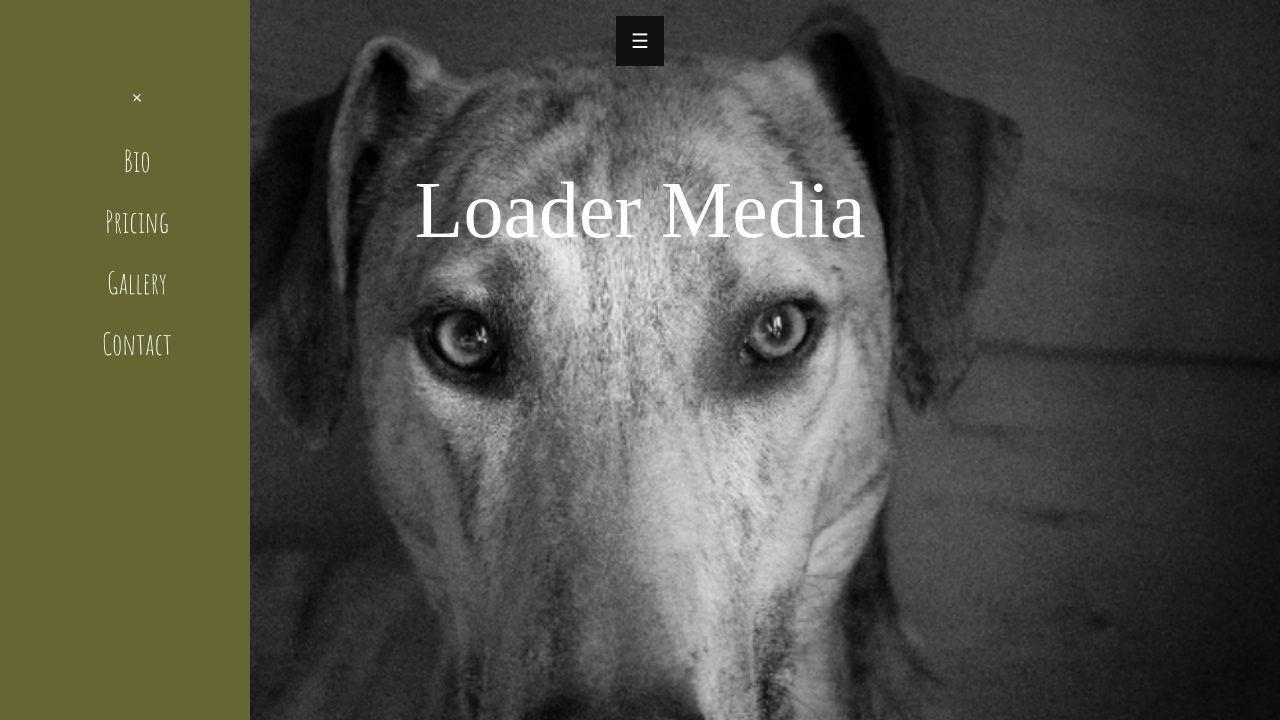
Repository: elizabeth24602/LoaderMedia
Page: index.html
The author's editor kept a record of every edit. The page is drawn from the files as they stood at one moment, then again after the next edit.
The browser window is 1280 px wide. The pictures show the whole page.
After loading, the first visible `button.openbtn` was clicked once.
Some web fonts or font styles are not loaded; a fallback is used.

Above is the page before.
Console error: TypeError: Cannot read properties of null (reading 'textContent')
Not found: Assests/images/

### index.html
<!DOCTYPE html>
<html lang="en">
<head>
    <meta charset="UTF-8">
    <meta name="viewport" content="width=device-width, initial-scale=1.0">
    <meta http-equiv="X-UA-Compatible" content="ie=edge">

    <link rel="stylesheet" href="static/css/bootstrap.min.css" type="text/css" />
    <link rel="stylesheet" href="static/css/dc.min.css" type="text/css" />



    <link rel="stylesheet" href="https://stackpath.bootstrapcdn.com/bootstrap/4.3.1/css/bootstrap.min.css" type="text/css" />
    <link rel="stylesheet" href="https://stackpath.bootstrapcdn.com/font-awesome/4.7.0/css/font-awesome.min.css" type="text/css" />
    <link href="https://fonts.googleapis.com/css?family=Lacquer&display=swap" rel="stylesheet">
    <link href="https://fonts.googleapis.com/css?family=Beth+Ellen&display=swap" rel="stylesheet">
    <link rel="stylesheet" href="https://cdnjs.cloudflare.com/ajax/libs/hover.css/2.3.1/css/hover-min.css" type="text/css" />
    <link rel="stylesheet" href="Assests/images/" type="text/css" />
    <link rel="stylesheet" href="Assests/css/style.css" type="text/css" />

    <title>Loader Media</title>

     <script type="text/javascript" src="static/js/d3.min.js"></script>
    <script type="text/javascript" src="static/js/crossfilter.min.js"></script>
    <script type="text/javascript" src="static/js/dc.min.js"></script>
    <script type="text/javascript" src="static/js/queue.min.js"></script>
    <script type="text/javascript" src="static/js/graph.js"></script>

</head>
<body class="index">

     <header class="container-fluid">

            <div id="mySidebar" class="sidebar">
  <a href="javascript:void(0)" class="closebtn" onclick="closeNav()">×</a>
  <a href="bio.html">Bio</a>
  <a href="pricing.html">Pricing</a>
  <a href="gallery.html">Gallery</a>
  <a href="contact.html">Contact</a>
</div>

<div id="main">
  <button class="openbtn" onclick="openNav()">☰ </button>
</div>

<script>
function openNav() {
  document.getElementById("mySidebar").style.width = "250px";
  document.getElementById("main").style.marginright = "250px";
}

function closeNav() {
  document.getElementById("mySidebar").style.width = "0";
  document.getElementById("main").style.marginleft= "0";
}
</script>

    </header>

    <section>
        <div class="row no-gutters">
            <div class="col">

            </div>
            <div class="col-sm-12">
                <h1 class="name">Loader Media</h1>
            </div>
            <div class="col">

            </div>
        </div>
    </section>
    <footer class="bottom">

    </footer>

</body>
</html>

### Assests/css/style.css
@import url('https://fonts.googleapis.com/css?family=Lacquer:100,200,300,400,500,600,700|Beth+Ellen:100,200,300,400,500,600,700|Pacifico:100,200,300,400,500,600,700|Amatic+SC:100,200,300,400,500,600,700');

/*-------------------------------Website Name */

.name {
    font-family: "Beth+Ellen";
     font-weight: 100;
    font-size: 80px;
    margin-top: 70px;
    text-align: center;
    color: #ffffff;
}

.name3 {
    font-family: "Amatic SC";
     font-weight: 60;
    font-size: 50px;
    margin-top: 70px;
    text-align: center;
    color: #595959;
}

/*-------------------------------Background */

body {
  background-color: #dbceb0;
}

/*-------------------------------Social */

.social-links {
    padding-top: 15px;
    padding-bottom: 15px;
}

.social-links li a i {
    width: 30px;
    height: 30px;
    padding: 12px 0;
    border-radius: 20%;
    font-size: 25px;
    line-height: 7px;
    text-align: center;
    color: #8ca3a3;
    background: #dbceb0;
    transition: all 0.35s ease-in-out;
    -moz-transition: all 0.35s ease-in-out;
    -webkit-transition: all 0.35s ease-in-out;
    -o-transition: all 0.35s ease-in-out;
}

/*-------------------------------menu */


.list-inline-item:not(:last-child) {
    margin: 0;
}

.menucontainer {
    font-size: 0;
    margin: auto;
    width: 60%;
    padding: 10px;
}

#nav li {
    font-size: 20px;
    font-family: 'Beth+Ellen';
    padding: 0;
}

.menuitem {
    text-align: center;
    padding: 0;
}

.body {
    text-align: center;
}


.menuitem2 a {
    width: 100%;
    text-decoration: none;
    color: #ffffff;
}

.menuitem a {
    width: 100%;
    text-decoration: none;
    color: #808080;
}

.hvr-underline-from-center:before {
    background-color: #ffffff;
    color: #d3d3d3;
}


.a:hover {
    text-decoration: none;
}

/*-------------------------------Footer */


.bottom {
    background-color: #666633;
    color: #ffffff;
    left: 0;
    bottom: 0;
    width: 100%;
    text-align: center;
}


.address {
    color: #ffffff;
    text-align: center;
    font-family: "Beth+Ellen";
    padding-top: 20px;
    font-size: 20px;
}
.email {
    color: #ffffff;
    text-align: center;
    font-family: "Beth+Ellen";
    padding: 10px;
    font-size: 20px;
}

.social-links2 {
    padding-top: 15px;
    padding-bottom: 15px;
    text-align: center;
}

.social-links2 li a i {
    width: 30px;
    height: 30px;
    padding: 12px 0;
    border-radius: 20%;
    font-size: 25px;
    line-height: 7px;
    text-align: center;
    color: #ffffff;
    transition: all 0.35s ease-in-out;
    -moz-transition: all 0.35s ease-in-out;
    -webkit-transition: all 0.35s ease-in-out;
    -o-transition: all 0.35s ease-in-out;
}

/*-------------------------------Home */

.index {
  background-image: url("../images/bryn.jpg");
  background-color: #fff5ee;
  height: 500px;
  background-position: cover;
  background-repeat: no-repeat;
  background-size: cover;
  text-align: center;
  background-attachment: scroll;
  min-height: 100%;
  min-width: 1024px;

  /* Set up proportionate scaling */
  width: 100%;
  height: auto;

  /* Set up positioning */
  position: fixed;
  top: 0;
  left: 0;
}

body {
  font-family: "Beth+Ellen", sans-serif;
}

.sidebar {
  height: 100%;
  width: 0;
  position: fixed;
  z-index: 1;
  top: 0;
  left: 0;
  background-color: #666633;
  overflow-x: hidden;
  transition: 0.5s;
  padding-top: 60px;
}

.sidebar a {
  padding: 8px 8px 8px 32px;
  text-decoration: none;
  font-size: 30px;
  font-family: "Amatic SC";
  color: #ffffff;
  display: block;
  transition: 0.3s;
}

.sidebar a:hover {
  color: #f1f1f1;
}

.sidebar .closebtn {
  position: relative;
  top: 0;
  right: 25px;
  font-size: 36px;
  margin-left: 50px;
}

.openbtn {
  font-size: 20px;
  cursor: pointer;
  background-color: #111;
  color: white;
  padding: 10px 15px;
  border: none;
}

.openbtn:hover {
  background-color: #444;
}

#main {
  transition: margin-left .5s;
  padding: 16px;
}

/* On smaller screens, where height is less than 450px, change the style of the sidenav (less padding and a smaller font size) */
@media screen and (max-height: 450px) {
  .sidebar {padding-top: 15px;}
  .sidebar a {font-size: 18px;}
}


/*-------------------------------Bio */

.silhouette {
  display: block;
  margin-left: auto;
  margin-right: auto;
  width: 80%;
  margin-top: 20px;
  margin-bottom: 20px;
}

.bio {
  font-family: "Beth+Ellen";
  text-align: center;
  margin-bottom: 20px;
}

.camera2 {
  display: block;
  margin-left: 10px;
  margin-right: 10px;
  width: 100%;
  margin-top: 20px;
  margin-bottom: 20px;
}

* {
  box-sizing: border-box;
}

.portfolio {
  font-family: "Beth+Ellen"
}

.main {
  max-width: 1000px;
  margin: auto;
}

.row {
  margin: 10px -16px;
}

.row,
.row > .column {
  padding: 8px;
}

.column {
  float: left;
  width: 33.33%;
}

.row:after {
  content: "";
  display: table;
  clear: both;
}

.content {
  background-color: #dbceb0;
  padding: 10px;
  font-family: "Beth+Ellen";
  text-align: center;
}

.show {
  display: block;
}

.btn {
  border: none;
  outline: none;
  padding: 12px 16px;
  background-color: #666633;
  color: #ffffff;
  font-family: "Beth+Ellen";
  cursor: pointer;
}

.btn:hover {
  background-color: #ddd;
}

.btn.active {
  background-color: #fff5ee;
  color: #808080;
}

/*-----------------------------Photos (Used W3 Schools to help with code, made my own modifications and altered coding)*/

.accordion {
  background-color: #666633;
  color: #ffffff;
  font-family: "Beth+Ellen";
  text-align: center;
  cursor: pointer;
  padding: 18px;
  margin: 20px;
  width: 100%;
  border: none;
  outline: none;
  font-size: 30px;
  transition: 0.4s;
}

.active, .accordion:hover {
  background-color: #fff5ee;
   color: #808080;
}

.panel {
  padding: 0 18px;
  display: none;
  background-color: #dbceb0;
  overflow: hidden;
  font-family: "Beth+Ellen";
  color: #808080;
  text-align: left;
  width: 50%
  font-size: 20px;
}

.row > .column {
  padding: 0 8px;
}

.row:after {
  content: "";
  display: table;
  clear: both;
}

.column {
  float: left;
  width: 25%;
}

.modal {
  display: none;
  position: fixed;
  z-index: 1;
  padding-top: 100px;
  left: 0;
  top: 0;
  width: 100%;
  height: 100%;
  overflow: auto;
  background-color: #666633;
}

.modal-content {
  position: relative;
  background-color: #fff5ee;
  margin: auto;
  padding: 0;
  width: 90%;
  max-width: 1200px;
}

.close {
  color: white;
  position: absolute;
  top: 10px;
  right: 25px;
  font-size: 35px;
  font-weight: bold;
}

.close:hover,
.close:focus {
  color: #999;
  text-decoration: none;
  cursor: pointer;
}

.mySlides {
  display: none;
}

.prev,
.next {
  cursor: pointer;
  position: absolute;
  top: 50%;
  width: auto;
  padding: 16px;
  margin-top: -50px;
  color: white;
  font-weight: bold;
  font-size: 20px;
  transition: 0.6s ease;
  border-radius: 0 3px 3px 0;
  user-select: none;
  -webkit-user-select: none;
}

.next {
  right: 0;
  border-radius: 3px 0 0 3px;
}

.prev:hover,
.next:hover {
  background-color: #fff5ee;
}

.numbertext {
  color: #000000;
  font-size: 12px;
  padding: 8px 12px;
  position: absolute;
  top: 0;
}

.caption-container {
  text-align: center;
  font-family: "Beth+Ellen"
  padding: 2px 16px;
  color: #808080;
}

img.demo {
  opacity: 0.6;
}

.active,
.demo:hover {
  opacity: 1;
}

img.hover-shadow {
  transition: 0.3s;
}

.hover-shadow:hover {
  box-shadow: 0 4px 8px 0 rgba(0, 0, 0, 0.2), 0 6px 20px 0 rgba(0, 0, 0, 0.19);
}


/*-------------------------------Pricing */
.dropbtn {
  background-color: #666633;
  color: white;
  font-family: "Pacifico";
  padding: 16px;
  margin-top: 20%;
  margin-left: 50%;
  margin-right: 50%;
  margin-bottom: 10px;
  font-size: 20px;
  border: none;
  cursor: pointer;
}

.dropbtn:hover, .dropbtn:focus {
  background-color: #fff5ee;
  color: #808080;
}

.dropdown {
  position: center;
  display: inline-block;
}

.dropdown-content {
  display: none;
  position: center;
  margin-right: 50%;
  margin-left: 50%;
  margin-top: 10px;
  margin-bottom: 10px;
  background-color: #fff5ee;
  min-width: 160px;
  overflow: auto;
  box-shadow: 0px 8px 16px 0px rgba(0,0,0,0.2);
  z-index: 1;
}

.dropdown-content a {
  color: #808090;
  font-family: "Pacifico";
  text-align: center;
  padding: 12px 16px;
  text-decoration: none;
  display: block;
}

.dropdown a:hover {background-color: #666633;}

.show {display: block;}

/*-------------------------------Cars, Landscape, Anoimals */
.canvas {
  color: #808080;
  font-family: "Beth+Ellen";
  text-align: center;
  margin-bottom: 20px;
  margin-top: 40px;
}
.card {
  box-shadow: 0 4px 8px 0 rgba(0, 0, 0, 0.2);
  max-width: 300px;
  margin: auto;
  text-align: center;
  font-family: "Beth+Ellen";
  color: #808080;
  background-color: #fff5ee;
}

.price {
  color: grey;
  font-size: 22px;
}

.card button {
  border: none;
  outline: 0;
  padding: 12px;
  color: #fff5ee;
  background-color: #666633;
  text-align: center;
  cursor: pointer;
  width: 100%;
  font-size: 18px;
}

.card button:hover {
  opacity: 0.7;
}

/*-------------------------------Gallery */
.row {
  display: flex;
  flex-wrap: wrap;
  padding: 0 4px;
}

/* Create four equal columns that sits next to each other */
.column {
  flex: 25%;
  max-width: 25%;
  padding: 0 4px;
}

.column img {
  margin-top: 20px;
  margin-bottom: 10px;
  margin-left: 10px;
  margin-right: 10px;
  vertical-align: middle;
  width: 100%;
}

/* Responsive layout - makes a two column-layout instead of four columns */
@media screen and (max-width: 800px) {
  .column {
    flex: 50%;
    max-width: 50%;
  }
}

/* Responsive layout - makes the two columns stack on top of each other instead of next to each other */
@media screen and (max-width: 600px) {
  .column {
    flex: 100%;
    max-width: 100%;
  }
}
/*-------------------------------contact */

.contact-heading {
    font-family: "Beth+Ellen";
    text-align: center;
    font-weight: 100;
    margin-top: 25px;
    margin-bottom: 20px;
    color: #808080;
}

.text-center {
    font-family: "pacifico";
    text-align: center;
    font-weight: 100;
    margin-top: 25px;
    margin-bottom: 20px;
    color: #808080;
}


.center-form {
    padding-top: 10px;
    margin: 0 auto;
    max-width: 70%;
    font-family: "Beth+Ellen";
}

button[type="submit"] {
    margin-top: 15px;
    margin-bottom: 20px;
    background-color: #666633;
    color: #fafafa;
    font-family: "Beth+Ellen";
}

.chat {
   font-family: "Beth+Ellen";
    font-weight: 100;
    margin-top: 180px;
    margin-bottom: 20px;
    text-align: center;
    color: #595959;
}

.number {
     font-family: "pacifico";
    font-weight: 100;
    margin-top: 125px;
    margin-bottom: 20px;
    text-align: center;
    color: #808080;
}

.laptop {
    display: block;
  margin-left: auto;
  margin-right: auto;
  margin-top: 20px;
  width: 90%;
}

.phone {
  display: block;
  margin-left: auto;
  margin-right: auto;
  margin-top: 20px;
  margin-bottom: 20px;
  width: 90%;
  border-radius: 8px;
}

### static/js/graph.js
queue()
    .defer(d3.csv, "data/Salaries.csv")
    .await(makeGraphs);

function makeGraphs(error, salaryData) {
    var ndx = crossfilter(salaryData);

    salaryData.forEach(function(d){
        d.salary = parseInt(d.salary);
    })

    show_discipline_selector(ndx);
    show_gender_balance(ndx);
    show_average_salary(ndx);
    show_rank_distribution(ndx);

    dc.renderAll();
}

function show_discipline_selector(ndx) {
    var dim = ndx.dimension(dc.pluck('discipline'));
    var group = dim.group();

    dc.selectMenu("#discipline-selector")
        .dimension(dim)
        .group(group);
}


function show_gender_balance(ndx) {
    var dim = ndx.dimension(dc.pluck('sex'));
    var group = dim.group();

    dc.barChart("#gender-balance")
        .width(400)
        .height(300)
        .margins({top: 10, right: 50, bottom: 30, left: 50})
        .dimension(dim)
        .group(group)
        .transitionDuration(500)
        .x(d3.scale.ordinal())
        .xUnits(dc.units.ordinal)
        .xAxisLabel("Gender")
        .yAxis().ticks(20);
}


function show_average_salary(ndx) {
    var dim = ndx.dimension(dc.pluck('sex'));

    function add_item(p, v) {
        p.count++;
        p.total += v.salary;
        p.average = p.total / p.count;
        return p;
    }

    function remove_item(p, v) {
        p.count--;
        if(p.count == 0) {
            p.total = 0;
            p.average = 0;
        } else {
            p.total -= v.salary;
            p.average = p.total / p.count;
        }
        return p;
    }

    function initialise() {
        return {count: 0, total: 0, average: 0};
    }

    var averageSalaryByGender = dim.group().reduce(add_item, remove_item, initialise);

    dc.barChart("#average-salary")
        .width(400)
        .height(300)
        .margins({top: 10, right: 50, bottom: 30, left: 50})
        .dimension(dim)
        .group(averageSalaryByGender)
        .valueAccessor(function(d){
            return d.value.average.toFixed(2);
        })
        .transitionDuration(500)
        .x(d3.scale.ordinal())
        .xUnits(dc.units.ordinal)
        .elasticY(true)
        .xAxisLabel("Shade")
        .yAxis().ticks(10);
}


function show_rank_distribution(ndx) {

    function rankByGender(dimension, rank) {
        return dimension.group().reduce(
            function (p, v) {
                p.total++;
                if(v.rank == rank) {
                    p.match++;
                }
                return p;
            },
            function (p, v) {
                p.total--;
                if(v.rank == rank) {
                    p.match--;
                }
                return p;
            },
            function () {
                return {total: 0, match: 0};
            }
        );
    }

    var dim = ndx.dimension(dc.pluck("sex"));
    var profByGender = rankByGender(dim, "Motor Vehicles");
    var asstProfByGender = rankByGender(dim, "Animals");
    var assocProfByGender = rankByGender(dim, "Landscapes");

    dc.barChart("#rank-distribution")
        .width(400)
        .height(300)
        .dimension(dim)
        .group(profByGender, "Motors")
        .stack(asstProfByGender, "Animals")
        .stack(assocProfByGender, "Landscapes")
        .valueAccessor(function(d) {
            if(d.value.total > 0) {
                return (d.value.match / d.value.total) * 100;
            } else {
                return 0;
            }
        })
        .x(d3.scale.ordinal())
        .xUnits(dc.units.ordinal)
        .legend(dc.legend().x(320).y(20).itemHeight(15).gap(5))
        .margins({top: 10, right: 100, bottom: 30, left: 30});
}

Loaded but not shown: static/css/bootstrap.min.css (library); static/css/dc.min.css (library); static/js/d3.min.js (library); static/js/crossfilter.min.js (library); static/js/dc.min.js (library); static/js/queue.min.js (common file)

After the next edit:
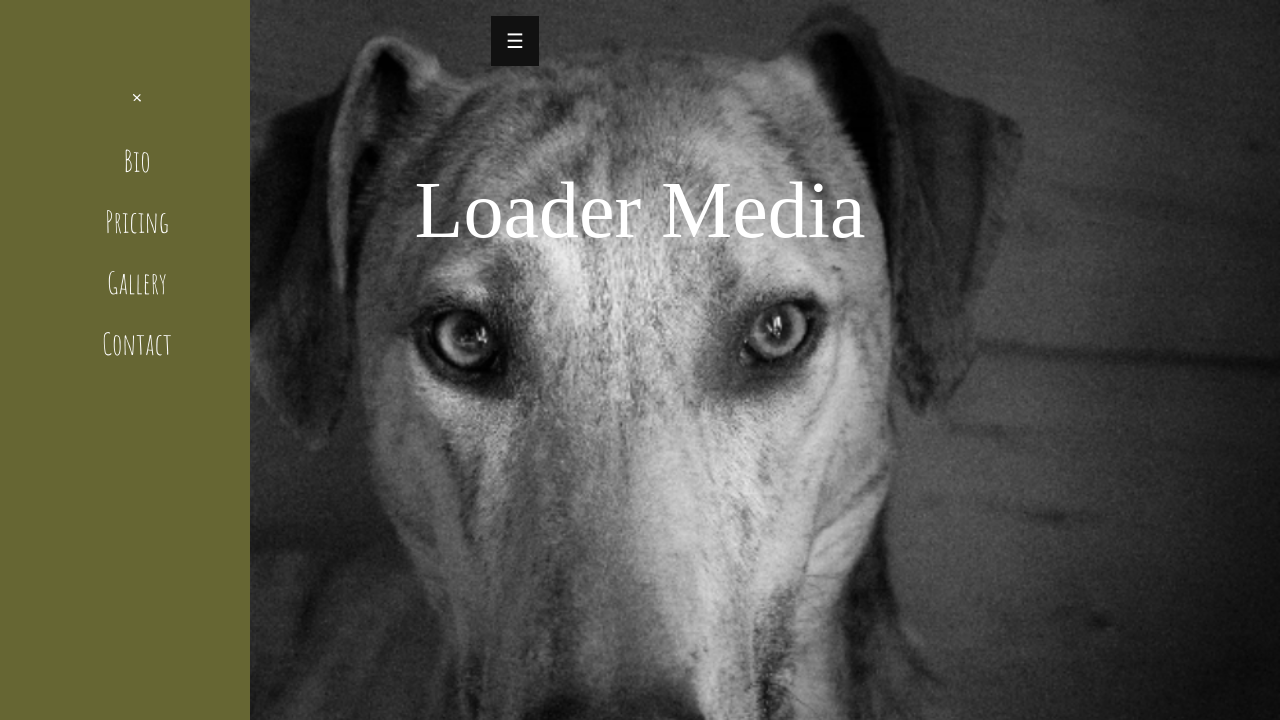
The edit:
--- a/index.html
+++ b/index.html
@@ -46,7 +46,7 @@
 <script>
 function openNav() {
   document.getElementById("mySidebar").style.width = "250px";
-  document.getElementById("main").style.marginright = "250px";
+  document.getElementById("main").style.marginRight = "250px";
 }
 
 function closeNav() {
